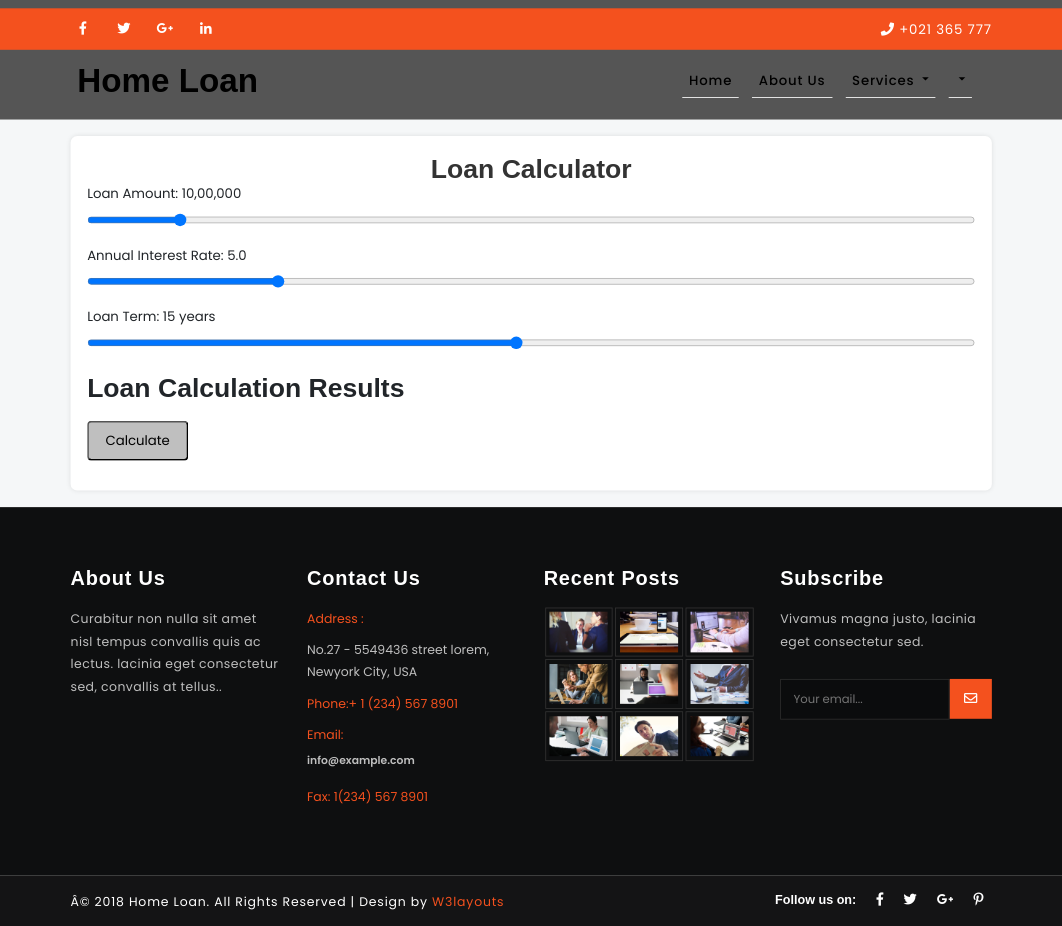
Repository: 72-faisal/Spring-MVC-project
Page: http://localhost/HomeLoan/WEB-INF/views/homeLoanEMI.jsp
These files come from the project's save history. The page is drawn as it stood at one moment and after a run of saves; the edit follows.
The browser window is 1280 px wide. The pictures show the whole page, at 83% of full size.
Some web fonts or font styles are not loaded; a fallback is used. The page is served by Tomcat 9. Nobody is signed in. Other server files are loaded and not shown. The template is opened directly, without the code that normally fills it, so the values that code supplies are empty.

Above is the page before, as saved 2024-01-14 06:01:02.

### HomeLoan/src/main/webapp/WEB-INF/views/homeLoanEMI.jsp
<%@ page language="java" contentType="text/html; charset=ISO-8859-1"
	pageEncoding="ISO-8859-1"%>
<%@ page isELIgnored="false"%>
<!DOCTYPE html>
<html>
<head>
<meta charset="ISO-8859-1">
<title>Home Loan a Banking Category Flat Bootstrap Responsive
	Website Template | Services :: w3layouts</title>
<style>
/* Add your global styles here */
body {
	font-family: 'Poppins', sans-serif;
	margin: 0;
	padding: 0;
	background-color: #f5f5f5;
}

header {
	background-color: #555;
	color: #fff;
	padding: 10px 0;
}

.container {
	width: 80%;
	margin: auto;
}

/* Add more styles as needed */

/* Apply Online Section Styles */
.apply-online {
	background-color: #fff;
	padding: 20px;
	margin: 20px 0;
	border-radius: 8px;
	box-shadow: 0 0 6px rgba(0, 0, 0, 0.1);
}

.apply-online h2 span {
	color: #333;
}

.apply-online form {
	max-width: 600px;
	margin: auto;
}

.apply-online label {
	display: block;
	margin-bottom: 10px;
}

.apply-online input[type="range"] {
	width: 100%;
}

.apply-online button {
	background-color: #bfbfbf;
	color: #000;
	padding: 10px 20px;
	text-decoration: none;
	border-radius: 5px;
	display: inline-block;
	margin-top: 20px;
	cursor: pointer;
}
/* Add more styles as needed */

/* Result Section Styles */
#resultSection {
    margin-top: 20px;
}

.result-item {
    margin-bottom: 15px;
}

.result-item label {
    font-weight: bold;
    display: inline-block;
    width: 150px;
}

.result-item span {
    display: inline-block;
    color: #333;
    font-weight: normal;
    margin-left: 10px;
}


/* Add more styles as needed */
</style>
<!-- <style type="text/css">
/* Global Styles */
body {
	font-family: 'Poppins', sans-serif;
	margin: 0;
	padding: 0;
	background-color: #f5f5f5;
}

/* Header Styles */
/*   header {
        background-color: #333;
        color: #fff;
        padding: 10px 0;
    } */
.top {
	background-color: #555;
	padding: 5px 0;
}

.top-middle ul, .top-left ul {
	padding: 0;
	margin: 0;
	list-style: none;
}

.top-middle ul li, .top-left ul li {
	display: inline;
	margin-right: 10px;
}

/* Apply Online Section Styles */
.apply-online {
	/* background-color: #fff; */
	padding: 20px;
	margin: 20px 0;
	border-radius: 8px;
	box-shadow: 0 0 6px rgba(0, 0, 0, 0.1);
}

.apply-online h2 span {
	color: #333;
}

.apply-online ul {
	list-style: none;
	padding: 60px;
	margin: 0;
	text-align: center;
}

.apply-online ul li {
	display: inline-block;
	margin-right: 75px;
	vertical-align: top;
}

.apply-online ul li img {
	max-width: 100%;
}

.apply-online ul li p {
	margin: 5px 0;
}

.apply-online .apply-btn {
	background-color: #bfbfbf;
	color: #000;
	padding: 10px 20px;
	text-decoration: none;
	border-radius: 5px;
	display: inline-block;
	margin-top: 20px;
}

/* Footer Styles */
/*  footer {
        background-color: #f1f1f1;
        color: #fff;
        text-align: center;
        padding: 10px 0;
        margin-top: 20px;
    } */
</style> -->
<!-- Additional stylesheets -->
<title>Home Loan a Banking Category Flat Bootstrap Responsive
	Website Template | Services :: w3layouts</title>
<meta name="viewport" content="width=device-width, initial-scale=1">
<meta charset="utf-8">
<meta name="keywords"
	content="Home Loan Responsive web template, Bootstrap Web Templates, Flat Web Templates, Android Compatible web template,
SmartPhone Compatible web template, free WebDesigns for Nokia, Samsung, LG, SonyEricsson, Motorola web design" />
<script>
	addEventListener("load", function() {
		setTimeout(hideURLbar, 0);
	}, false);

	function hideURLbar() {
		window.scrollTo(0, 1);
	}
</script>

<!-- Bootstrap Core CSS -->
<link href="<%=request.getContextPath()%>/resources/css/bootstrap.css"
	rel='stylesheet' type='text/css' />
<link href="<%=request.getContextPath()%>/resources/css/style.css"
	rel='stylesheet' type='text/css' />
<!-- font-awesome icons -->
<link
	href="<%=request.getContextPath()%>/resources/css/fontawesome-all.min.css"
	rel="stylesheet">
<!-- //Custom Theme files -->
<!-- online fonts -->
<!-- titles -->
<link
	href="//fonts.googleapis.com/css?family=Raleway:300,400,500,600,700,800,900"
	rel="stylesheet">
<!-- body -->
<link
	href="//fonts.googleapis.com/css?family=Poppins:400,500,600,700,800"
	rel="stylesheet">


<script>
    document.addEventListener("DOMContentLoaded", function () {
        // Function to update the display value for loan amount
        function updateLoanAmount() {
            var loanAmount = document.getElementById("loanAmount");
            var loanAmountValue = document.getElementById("loanAmountValue");
            loanAmountValue.textContent = loanAmount.value.replace(/\B(?=(\d{3})+(?!\d))/g, ",");
        }

        // Function to update the display value for interest rate
        function updateInterestRate() {
            var interestRate = document.getElementById("interestRate");
            var interestRateValue = document.getElementById("interestRateValue");
            interestRateValue.textContent = interestRate.value + "%";
        }

        // Function to update the display value for loan term
        function updateLoanTerm() {
            var loanTerm = document.getElementById("loanTerm");
            var loanTermValue = document.getElementById("loanTermValue");
            loanTermValue.textContent = loanTerm.value + " years";
        }

        // Function to calculate loan and update results
        function calculateLoan() {
            var loanAmount = parseFloat(document.getElementById("loanAmount").value.replace(/,/g, ''));
            var interestRate = parseFloat(document.getElementById("interestRate").value);
            var loanTerm = parseInt(document.getElementById("loanTerm").value);

            var monthlyPayment = (loanAmount * (interestRate / 1200)) / (1 - Math.pow(1 + (interestRate / 1200), -loanTerm));

            document.getElementById("loanAmountResult").innerHTML = "Loan Amount: ₹" + loanAmount.toLocaleString();
            document.getElementById("interestRateResult").innerHTML = "Interest Rate: " + interestRate + "%";
            document.getElementById("loanTermResult").innerHTML = "Loan Term: " + loanTerm + " years";
            document.getElementById("monthlyPaymentResult").innerHTML = "Monthly Payment: ₹" + monthlyPayment.toFixed(2).toLocaleString();
        }

        // Attach event listeners to range sliders
        document.getElementById("loanAmount").addEventListener("input", updateLoanAmount);
        document.getElementById("interestRate").addEventListener("input", updateInterestRate);
        document.getElementById("loanTerm").addEventListener("input", updateLoanTerm);

        // Attach event listener to the Calculate button
        document.getElementById("calculateBtn").addEventListener("click", calculateLoan);
    });
</script>


</head>

<body>

	<!-- header -->
	<header>
		<div class="top">
			<div class="container">
				<div class="t-op row">
					<div class="col-sm-6 top-middle">
						<ul>
							<li><a href="#"><i class="fab fa-facebook-f"></i></a></li>
							<li><a href="#"><i class="fab fa-twitter"></i></a></li>
							<li><a href="#"><i class="fab fa-google-plus-g"></i></a></li>
							<li><a href="#"><i class="fab fa-linkedin-in"></i></a></li>
						</ul>
					</div>
					<div class="col-sm-6 top-left">
						<ul>
							<li><i class="fas fa-phone"></i> +021 365 777</li>
						</ul>
					</div>
				</div>
			</div>
		</div>
		<div class="container">
			<nav class="navbar navbar-expand-lg navbar-light">
				<h1>
					<a class="navbar-brand text-capitalize" href="index"> Home Loan
					</a>
				</h1>
				<button class="navbar-toggler" type="button" data-toggle="collapse"
					data-target="#navbarSupportedContent"
					aria-controls="navbarSupportedContent" aria-expanded="false"
					aria-label="Toggle navigation">
					<span class="navbar-toggler-icon"></span>
				</button>

				<div class="collapse navbar-collapse" id="navbarSupportedContent">
					<ul class="navbar-nav text-center  ml-lg-auto">
						<li class="nav-item mr-3"><a class="nav-link" href="index">Home
								<span class="sr-only">(current)</span>
						</a></li>
						<li class="nav-item  mr-3"><a class="nav-link" href="about">About
								Us</a></li>

						<li class="nav-item dropdown mr-3"><a
							class="nav-link dropdown-toggle" href="#" id="navbarDropdown"
							role="button" data-toggle="dropdown" aria-haspopup="true"
							aria-expanded="false"> Services </a>
							<div class="dropdown-menu" aria-labelledby="navbarDropdown">
								<a class="dropdown-item" href="LoanApplyOnline">Apply Online</a>
								<a class="dropdown-item" href="LoanApprovedProject">Approved
									Project</a> <a class="dropdown-item" href="LoanCalculator">Loan
									Calculator</a>
							</div></li>
						<li class="nav-item dropdown mr-3"><a
							class="nav-link dropdown-toggle" href="#" id="navbarDropdown"
							role="button" data-toggle="dropdown" aria-haspopup="true"
							aria-expanded="false"> ${user.name } </a>
							<div class="dropdown-menu" aria-labelledby="navbarDropdown">
								<a class="dropdown-item" href="UserProfile">Profile</a> <a
									class="dropdown-item" href="UserChangePassword">Change
									Password</a> <a class="dropdown-item" href="UserLogout">Logout</a>
							</div></li>
						<!-- 	<li class="nav-item">
							<a class="nav-link" href="contact">contact</a>
						</li> -->
					</ul>
				</div>
			</nav>
		</div>
	</header>
	<!-- //header -->

	<!-- Apply Online Section -->
	<div class="container">
		<form id="loanForm"
			action="${pageContext.request.contextPath}/HomeEMI" method="post"
			class="apply-online">
			<h2 style="text-align: center">
				<span>Loan Calculator</span>
			</h2>

			<div class="form-group">
				<label for="loanAmount">Loan Amount: <span
					id="loanAmountValue">10,00,000</span></label> <input type="range"
					id="loanAmount" name="loanAmount" min="10000" max="10000000"
					step="1000" value="1000000">
			</div>


			<div class="form-group">
				<label for="interestRate">Annual Interest Rate: <span
					id="interestRateValue">5.0</span>
				</label> <input type="range" id="interestRate" name="interestRate" min="1"
					max="20" step="0.1" value="5.0">
			</div>

			<div class="form-group">
				<label for="loanTerm">Loan Term: <span id="loanTermValue">15</span>
					years
				</label> <input type="range" id="loanTerm" name="loanTerm" min="1" max="30"
					step="1" value="15">
			</div>
			<div id="resultSection" style="margin-top: 20px;">
				<h2>Loan Calculation Results</h2>
				<!-- <p id="loanAmountResult">Loan Amount: ₹100,000</p>
				<p id="interestRateResult">Interest Rate: 5.0%</p>
				<p id="loanTermResult">Loan Term: 15 years</p>
				<p id="monthlyPaymentResult">Monthly Payment: ₹0.00</p> -->
			</div>


			<div class="form-group">
				<button type="button" id="calculateBtn" onclick="calculateLoan()">Calculate</button>
			</div>
		</form>
	</div>

	<!-- <p>&nbsp;</p>
		<p>&nbsp;</p> -->
	<!-- <p class="txt-center" style="text-align: center;">
			<input type="submit" class="apply-btn" value="Apply Now">
		</p> -->
	<!-- </div>
	</form> -->
	<!--footer-->
	<footer>
		<div class="container py-md-4 mt-md-3">
			<div class="row footer-top-w3layouts-agile py-5">
				<div class="col-lg-3 col-md-6 col-sm-6 footer-grid">
					<div class="footer-title">
						<h3>About Us</h3>
					</div>
					<div class="footer-text">
						<p>Curabitur non nulla sit amet nisl tempus convallis quis ac
							lectus. lacinia eget consectetur sed, convallis at tellus..</p>

					</div>
				</div>
				<div class="col-lg-3 col-md-6 col-sm-6 footer-grid">
					<div class="footer-title">
						<h3>Contact Us</h3>
					</div>
					<div class="footer-office-hour">
						<ul>
							<li class="hd">Address :</li>
							<li>No.27 - 5549436 street lorem, Newyork City, USA</li>

						</ul>
						<ul>
							<li class="hd">Phone:+ 1 (234) 567 8901</li>
							<li class="hd">Email: <a href="mailto:info@example.com">info@example.com</a>
							</li>
							<li class="hd">Fax: 1(234) 567 8901</li>
						</ul>
					</div>
				</div>
				<div class="col-lg-3 col-md-6 col-sm-6 footer-grid">
					<div class="footer-title">
						<h3>Recent Posts</h3>
					</div>
					<div class="footer-list">
						<div class="flickr-grid">
							<a href="#" data-toggle="modal" data-target="#myModal"> <img
								src="<%=request.getContextPath()%>/resources/images/g1.jpg"
								class="img-fluid" alt=" ">
							</a>
						</div>
						<div class="flickr-grid">
							<a href="#" data-toggle="modal" data-target="#myModal"> <img
								src="<%=request.getContextPath()%>/resources/images/g2.jpg"
								class="img-fluid" alt=" ">
							</a>
						</div>
						<div class="flickr-grid">
							<a href="#" data-toggle="modal" data-target="#myModal"> <img
								src="<%=request.getContextPath()%>/resources/images/g3.jpg"
								class="img-fluid" alt=" ">
							</a>
						</div>
						<div class="flickr-grid">
							<a href="#" data-toggle="modal" data-target="#myModal"> <img
								src="<%=request.getContextPath()%>/resources/images/g4.jpg"
								class="img-fluid" alt=" ">
							</a>
						</div>
						<div class="flickr-grid">
							<a href="#" data-toggle="modal" data-target="#myModal"> <img
								src="<%=request.getContextPath()%>/resources/images/g5.jpg"
								class="img-fluid" alt=" ">
							</a>
						</div>
						<div class="flickr-grid">
							<a href="#" data-toggle="modal" data-target="#myModal"> <img
								src="<%=request.getContextPath()%>/resources/images/g6.jpg"
								class="img-fluid" alt=" ">
							</a>
						</div>
						<div class="flickr-grid">
							<a href="#" data-toggle="modal" data-target="#myModal"> <img
								src="<%=request.getContextPath()%>/resources/images/g7.jpg"
								class="img-fluid" alt=" ">
							</a>
						</div>
						<div class="flickr-grid">
							<a href="#" data-toggle="modal" data-target="#myModal"> <img
								src="<%=request.getContextPath()%>/resources/images/g9.jpg"
								class="img-fluid" alt=" ">
							</a>
						</div>
						<div class="flickr-grid">
							<a href="#" data-toggle="modal" data-target="#myModal"> <img
								src="<%=request.getContextPath()%>/resources/images/g8.jpg"
								class="img-fluid" alt=" ">
							</a>
						</div>
						<div class="clearfix"></div>
					</div>
				</div>
				<div class="col-lg-3 col-md-6 col-sm-6 footer-grid">
					<div class="footer-title">
						<h3>Subscribe</h3>
					</div>
					<p>Vivamus magna justo, lacinia eget consectetur sed.</p>
					<form action="#" method="post" class="newsletter">
						<input class="email" type="email" placeholder="Your email..."
							required="">
						<button class="btn1">
							<i class="far fa-envelope"></i>
						</button>
					</form>
					<div class="clearfix"></div>
				</div>
			</div>
		</div>
	</footer>
	<!---->
	<div class="copyright py-3">
		<div class="container">
			<div class="copyrighttop">
				<ul>
					<li>
						<h4>Follow us on:</h4>
					</li>
					<li><a class="facebook" href="#"> <i
							class="fab fa-facebook-f"></i>
					</a></li>
					<li><a class="facebook" href="#"> <i
							class="fab fa-twitter"></i>
					</a></li>
					<li><a class="facebook" href="#"> <i
							class="fab fa-google-plus-g"></i>
					</a></li>
					<li><a class="facebook" href="#"> <i
							class="fab fa-pinterest-p"></i>
					</a></li>
				</ul>
			</div>
			<div class="copyrightbottom">
				<p>
					© 2018 Home Loan. All Rights Reserved | Design by <a
						href="http://w3layouts.com/">W3layouts</a>
				</p>
			</div>
			<div class="clearfix"></div>
		</div>
	</div>
	<!-- Modal -->
	<div class="modal fade" id="myModal" tabindex="-1" role="dialog"
		aria-labelledby="exampleModalCenterTitle" aria-hidden="true">
		<div class="modal-dialog modal-dialog-centered" role="document">
			<div class="modal-content">
				<div class="modal-header">
					<h4 class="modal-title">Home Loan</h4>
					<button type="button" class="close" data-dismiss="modal"
						aria-label="Close">
						<span aria-hidden="true">&times;</span>
					</button>
				</div>
				<div class="modal-body">
					<div class="agileits-w3layouts-info">
						<img src="<%=request.getContextPath()%>/resources/images/g6.jpg"
							class="img-fluid" alt="" />
						<p>Duis venenatis, turpis eu bibendum porttitor, sapien quam
							ultricies tellus, ac rhoncus risus odio eget nunc. Pellentesque
							ac fermentum diam. Integer eu facilisis nunc, a iaculis felis.
							Pellentesque pellentesque tempor enim, in dapibus turpis
							porttitor quis.</p>
					</div>
				</div>
				<div class="modal-footer">
					<button type="button" class="btn btn-secondary"
						data-dismiss="modal">Close</button>
					<button type="button" class="btn btn-primary">Save changes</button>
				</div>
			</div>
		</div>
	</div>
	<!-- //Modal -->
	<!-- js-->
	<script
		src="<%=request.getContextPath()%>/resources/js/jquery-2.2.3.min.js"></script>
	<!-- js-->
	<!-- Bootstrap Core JavaScript -->
	<script src="<%=request.getContextPath()%>/resources/js/bootstrap.js ">

	</script>
	<!-- //Bootstrap Core JavaScript -->

</body>
</html>

Loaded but not shown: HomeLoan/src/main/webapp/WEB-INF/resources/assets/css/bootstrap.css (library); HomeLoan/src/main/webapp/WEB-INF/resources/assets/css/fontawesome-all.min.css (library); HomeLoan/src/main/webapp/WEB-INF/resources/assets/js/jquery-2.2.3.min.js (library); HomeLoan/src/main/webapp/WEB-INF/resources/assets/js/bootstrap.js (library); HomeLoan/src/main/webapp/WEB-INF/resources/assets/css/style.css (2094 lines, source omitted)

After the next 2 saves:
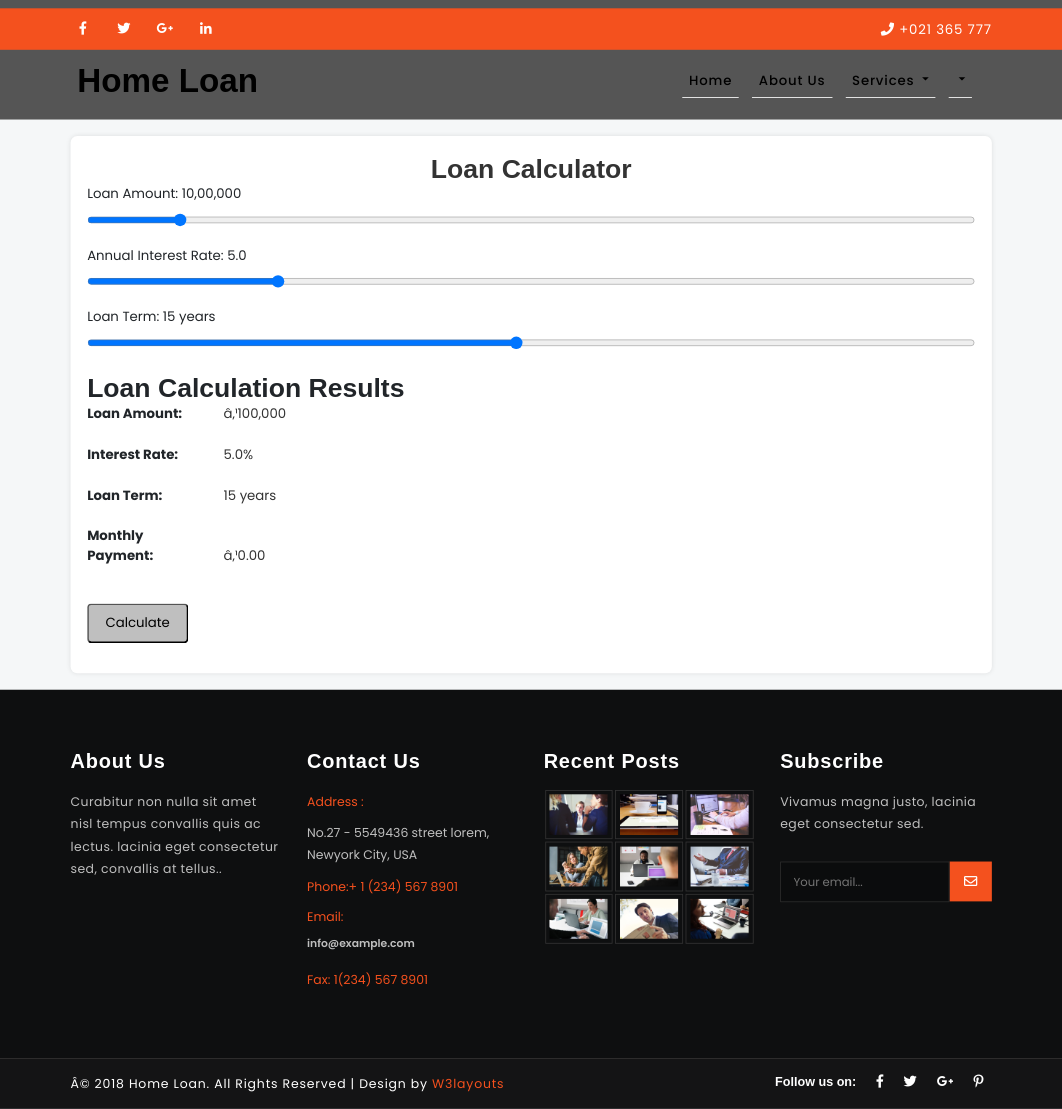
The 2 saves are shown as one change because they came seconds apart.
The last was saved 15 s later.
--- a/HomeLoan/src/main/webapp/WEB-INF/views/homeLoanEMI.jsp
+++ b/HomeLoan/src/main/webapp/WEB-INF/views/homeLoanEMI.jsp
@@ -70,26 +70,25 @@ header {
 
 /* Result Section Styles */
 #resultSection {
-    margin-top: 20px;
+	margin-top: 20px;
 }
 
 .result-item {
-    margin-bottom: 15px;
+	margin-bottom: 15px;
 }
 
 .result-item label {
-    font-weight: bold;
-    display: inline-block;
-    width: 150px;
+	font-weight: bold;
+	display: inline-block;
+	width: 150px;
 }
 
 .result-item span {
-    display: inline-block;
-    color: #333;
-    font-weight: normal;
-    margin-left: 10px;
-}
-
+	display: inline-block;
+	color: #333;
+	font-weight: normal;
+	margin-left: 10px;
+}
 
 /* Add more styles as needed */
 </style>
@@ -371,11 +370,24 @@ SmartPhone Compatible web template, free WebDesigns for Nokia, Samsung, LG, Sony
 			</div>
 			<div id="resultSection" style="margin-top: 20px;">
 				<h2>Loan Calculation Results</h2>
-				<!-- <p id="loanAmountResult">Loan Amount: ₹100,000</p>
-				<p id="interestRateResult">Interest Rate: 5.0%</p>
-				<p id="loanTermResult">Loan Term: 15 years</p>
-				<p id="monthlyPaymentResult">Monthly Payment: ₹0.00</p> -->
-			</div>
+
+				<div class="result-item">
+					<label>Loan Amount:</label> <span id="loanAmountResult">₹100,000</span>
+				</div>
+
+				<div class="result-item">
+					<label>Interest Rate:</label> <span id="interestRateResult">5.0%</span>
+				</div>
+
+				<div class="result-item">
+					<label>Loan Term:</label> <span id="loanTermResult">15 years</span>
+				</div>
+
+				<div class="result-item">
+					<label>Monthly Payment:</label> <span id="monthlyPaymentResult">₹0.00</span>
+				</div>
+			</div>
+
 
 
 			<div class="form-group">
